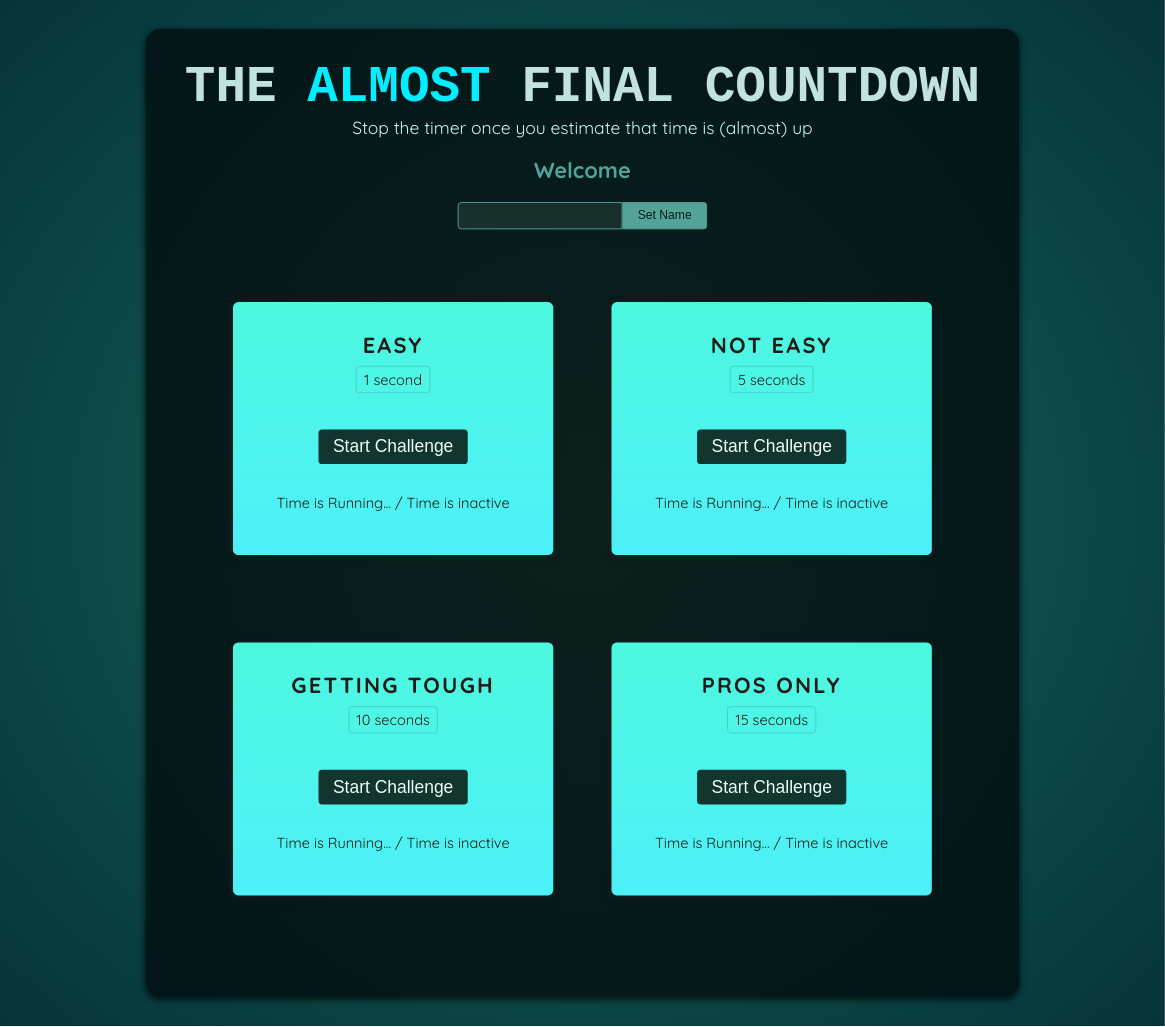
Repository: theshariqueanwer/reactjsts
Page: / (app in react-refs-and-portals/)
These files come from the project's save history. The page is drawn as it stood at one moment and after the next save; the edit follows.
The browser window is 1280 px wide. The pictures show the whole page, at 91% of full size.
Some web fonts or font styles are not loaded; a fallback is used. The project was rebuilt for these pictures with package versions that can differ from the ones it lists, and the page was loaded fresh each time. Also part of the build but not shown: react-refs-and-portals/vite.config.js, react-refs-and-portals/src/components/Player.jsx, react-refs-and-portals/src/components/PlayerWithRefWithoutState.jsx.

Above is the page before, as saved 2024-01-31 00:31:23.

### react-refs-and-portals/src/App.jsx
import Player from './components/Player.jsx';
import PlayerWithRef from './components/PlayerWithRef.jsx';
import PlayerWithRefWithoutState from './components/PlayerWithRefWithoutState.jsx';
import TimerChallenge from './components/TimerChallenge.jsx';

function App() {
  return (
    <>
      {/* <Player /> */}
      <PlayerWithRef />
      {/* <PlayerWithRefWithoutState /> */}
      <div id="challenges">
        <TimerChallenge title="Easy" targetTime={1} />
        <TimerChallenge title="Not Easy" targetTime={5} />
        <TimerChallenge title="Getting Tough" targetTime={10} />
        <TimerChallenge title="Pros Only" targetTime={15} />
      </div>
    </>
  );
}

export default App;

### react-refs-and-portals/src/components/PlayerWithRef.jsx
import { useRef, useState } from "react";

export default function PlayerWithRef() {

  const playerName = useRef();

  const [enteredPlayerName, setEnteredPlayerName] = useState('');

  function handleClick() {
    setEnteredPlayerName(playerName.current.value);
    playerName.current.value= '';
  }

  return (
    <section id="player">
      <h2>Welcome {enteredPlayerName ?? "unknown entity"}</h2>
      <p>
        <input
          type="text"
          ref={playerName}
        />
        <button onClick={handleClick}>Set Name</button>
      </p>
    </section>
  );
}

### react-refs-and-portals/src/components/TimerChallenge.jsx
import { useState } from "react";

export default function TimerChallenge({title, targetTime}) {


    const [timerStarted, setTimerStarted] = useState(false)
    const [timerExpired, setTimerExpired] = useState(false)

    function handleStart() {
        // setTimerStarted(true) // we write here or down below

        setTimeout( () => {
            setTimerExpired(true)
        }, targetTime * 1000 );

        setTimerStarted(true) // we write here or up before
    }
    return <section className="challenge" >
        <h2>{title}</h2>
        {timerExpired && <p>You Lost!</p>}
        <p className="challenge-time" >
            {targetTime} second{ targetTime > 1 ? 's': '' }
        </p>
        <p>
            <button onClick={handleStart}>
                { timerStarted ? 'Stop' : 'Start' } Challenge
            </button>
        </p>
        <p className={timerStarted ? 'active' : undefined } >
            Time is Running... / Time is inactive
        </p>
    </section>
}

Loaded but not shown: react-refs-and-portals/index.html (common file); react-refs-and-portals/src/main.jsx (common file); react-refs-and-portals/src/index.css (common file)

After the next save:
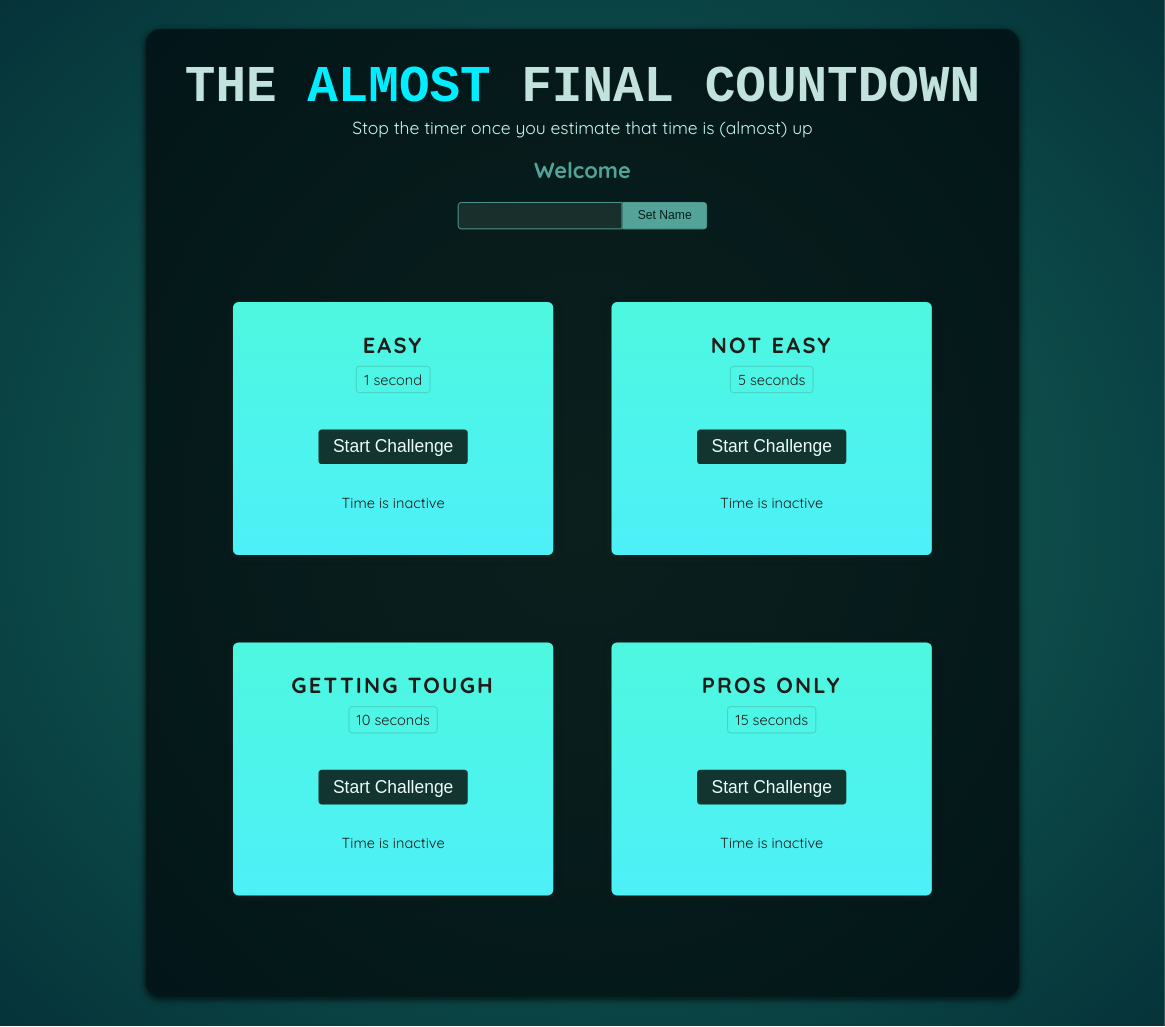
Saved 71 s later.
--- a/react-refs-and-portals/src/components/TimerChallenge.jsx
+++ b/react-refs-and-portals/src/components/TimerChallenge.jsx
@@ -27,7 +27,7 @@
             </button>
         </p>
         <p className={timerStarted ? 'active' : undefined } >
-            Time is Running... / Time is inactive
+            { timerStarted ? 'Time is Running...' : 'Time is inactive' }
         </p>
     </section>
 }
